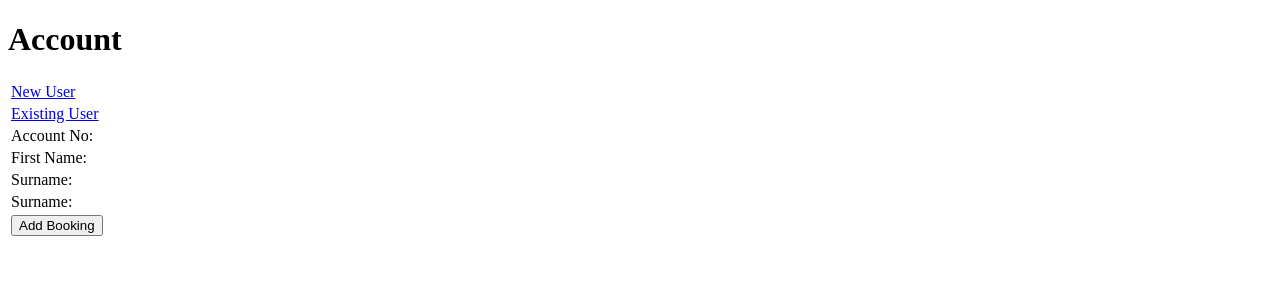
Repository: abigailCul/DistributedSystemsProject
Page: http://localhost/bookingClient/jsp/createbooking.jsp
These files come from the project's save history. The page is drawn as it stood at one moment and after the next save; the edit follows.
The browser window is 1280 px wide. The pictures show the whole page.
The page is served by Tomcat 9. Other server files are loaded and not shown.

Above is the page before, as saved 2018-12-10 15:30:29.

### WorkingProject/bookingClient/src/main/webapp/jsp/createbooking.jsp
<%@ page language="java" contentType="text/html; charset=ISO-8859-1"
	pageEncoding="ISO-8859-1"%>
<!DOCTYPE html>
<html>
<head>
<meta charset="ISO-8859-1">
<title>Create Booking</title>
</head>
<body>
	<h1>Account</h1>
	<table>
		<tr>
			<td><a href="/createAccount">New User</a></td>
		</tr>
		<tr>
			<td><a href="/existingUser">Existing User</a></td>
		</tr>

	<form:form modelAttribute="rentals">

			<tr>
				<td>Account No:</td>
				<td><form:input path="booking.rental_id "></form:input></td>
			</tr>
  			<tr>
				<td>First Name:</td>
				<td><form:input path="booking.acc_no"></form:input></td>
			</tr>
			<tr>
				<td>Surname:</td>
				<td><form:input path="booking.rental_date"></form:input></td>
			</tr>
			<tr>
				<td>Surname:</td>
				<td><form:input path="booking.return_date"></form:input></td>
			</tr>
			<tr>
				<td colspan="2">
					<input type="submit" value="Add Booking"/>
				</td>
			</tr>
		</table>
	</form:form>
</body>
</html>

After the next save:
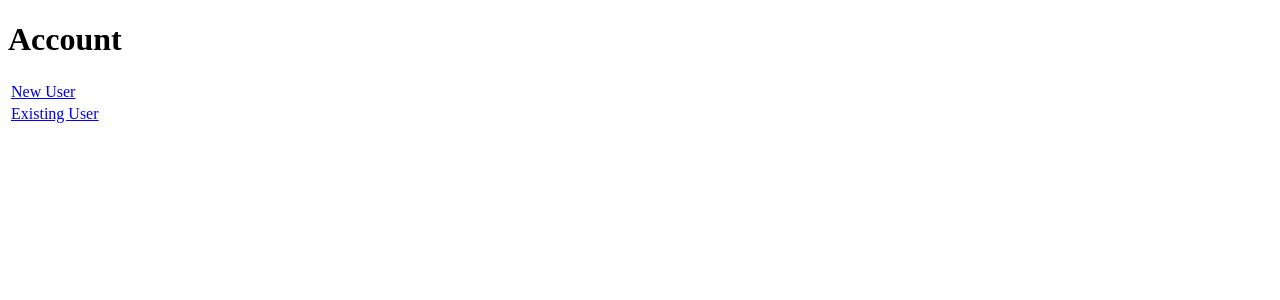
Saved 4 min 32 s later.
--- a/WorkingProject/bookingClient/src/main/webapp/jsp/createbooking.jsp
+++ b/WorkingProject/bookingClient/src/main/webapp/jsp/createbooking.jsp
@@ -16,30 +16,7 @@
 			<td><a href="/existingUser">Existing User</a></td>
 		</tr>
 
-	<form:form modelAttribute="rentals">
-
-			<tr>
-				<td>Account No:</td>
-				<td><form:input path="booking.rental_id "></form:input></td>
-			</tr>
-  			<tr>
-				<td>First Name:</td>
-				<td><form:input path="booking.acc_no"></form:input></td>
-			</tr>
-			<tr>
-				<td>Surname:</td>
-				<td><form:input path="booking.rental_date"></form:input></td>
-			</tr>
-			<tr>
-				<td>Surname:</td>
-				<td><form:input path="booking.return_date"></form:input></td>
-			</tr>
-			<tr>
-				<td colspan="2">
-					<input type="submit" value="Add Booking"/>
-				</td>
 			</tr>
 		</table>
-	</form:form>
 </body>
 </html>
